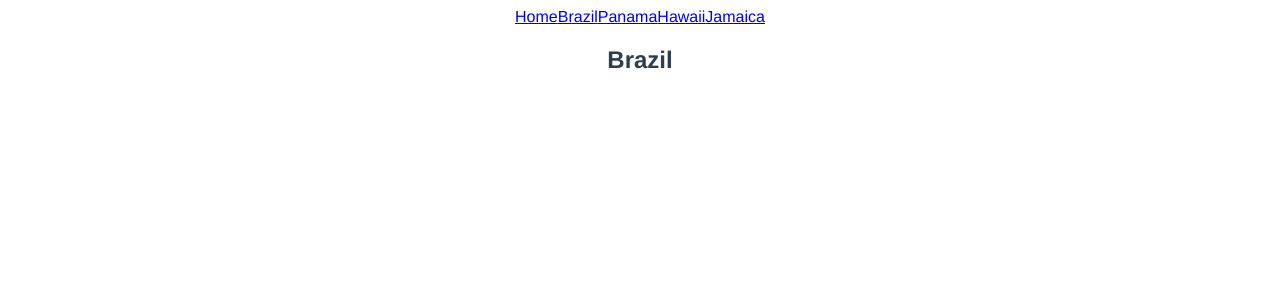
Repository: June-Hall/MiniTravelApp
Page: /#/brazil
These files come from the project's save history. The page is drawn as it stood at one moment and after the next save; the edit follows.
The browser window is 1280 px wide. The pictures show the whole page.
The project was rebuilt for these pictures with package versions that can differ from the ones it lists, and the page was loaded fresh each time. Also part of the build but not shown: vue.config.js, src/store.js, src/views/HomeView.vue.

Above is the page before, as saved 2023-03-29 20:55:00.

After the next save:
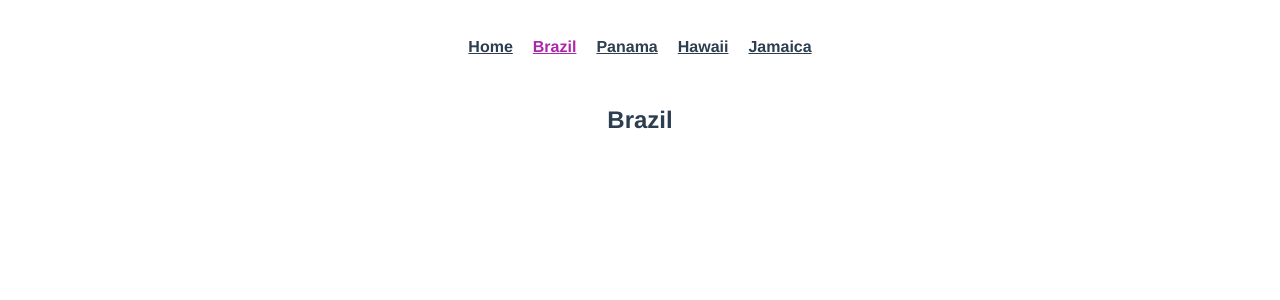
Saved 6 s later.
--- a/src/components/TheNavigation.vue
+++ b/src/components/TheNavigation.vue
@@ -4,7 +4,7 @@
     <router-link to="/brazil">Brazil</router-link>
     <router-link to="/panama">Panama</router-link>
     <router-link to="/hawaii">Hawaii</router-link>
-     <router-link to="/jamaica">Jamaica</router-link>
+    <router-link to="/jamaica">Jamaica</router-link>
   </nav>
 </template>
 
@@ -13,4 +13,18 @@
   display: flex;
   justify-content: center;
 }
+
+nav {
+  padding: 30px;
+}
+
+nav a {
+  font-weight: bold;
+  color: #2c3e50;
+  padding: 0 10px;
+}
+
+nav a.router-link-exact-active {
+  color: #ab26ab;
+}
 </style>
